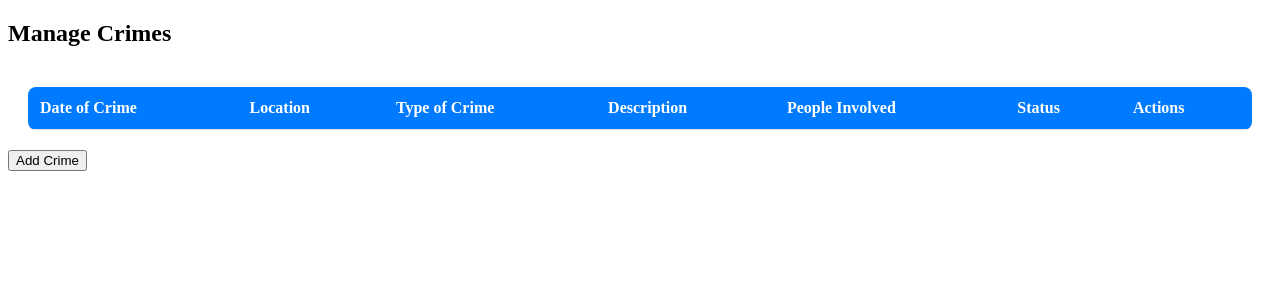
Repository: gurunathdeshpande/criminal_record_management_system
Page: http://localhost/criminal/crimes.jsp
These files come from the project's save history. The page is drawn as it stood at one moment and after the next save; the edit follows.
The browser window is 1280 px wide. The pictures show the whole page.
Some web fonts or font styles are not loaded; a fallback is used. The page is served by Tomcat 9. Queries for data that is not in the repository find no rows.

Above is the page before, as saved 2024-02-15 18:06:15.

After the next save:
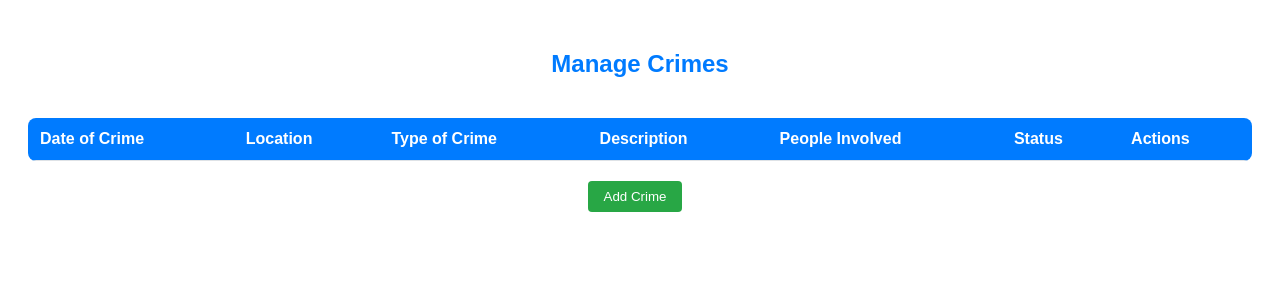
Saved 4 min 2 s later.
--- a/criminal/src/main/webapp/crimes.jsp
+++ b/criminal/src/main/webapp/crimes.jsp
@@ -15,6 +15,70 @@
     <link rel="stylesheet" href="css/crimes.css">
     <style>
         /* Your CSS styles here */
+        body {
+            font-family: Arial, sans-serif;
+        }
+
+        #crimes-section {
+            text-align: center;
+            margin-top: 50px;
+        }
+
+        h2 {
+            font-family: "Arial Black", sans-serif;
+            color: #007bff;
+            margin-bottom: 20px;
+        }
+
+        .table-container {
+            margin-top: 20px;
+        }
+
+        .btn {
+            margin-right: 10px;
+        }
+
+        .add-btn {
+            background-color: #28a745;
+            color: #fff;
+            border: none;
+            padding: 8px 16px;
+            border-radius: 4px;
+            cursor: pointer;
+            transition: background-color 0.3s;
+        }
+
+        .add-btn:hover {
+            background-color: #218838;
+        }
+
+        .edit-btn {
+            background-color: #007bff;
+            color: #fff;
+            border: none;
+            padding: 8px 16px;
+            border-radius: 4px;
+            cursor: pointer;
+            transition: background-color 0.3s;
+        }
+
+        .edit-btn:hover {
+            background-color: #0056b3;
+        }
+
+        .delete-btn {
+            background-color: #dc3545;
+            color: #fff;
+            border: none;
+            padding: 8px 16px;
+            border-radius: 4px;
+            cursor: pointer;
+            transition: background-color 0.3s;
+        }
+
+        .delete-btn:hover {
+            background-color: #c82333;
+        }
     </style>
 </head>
 <body>
